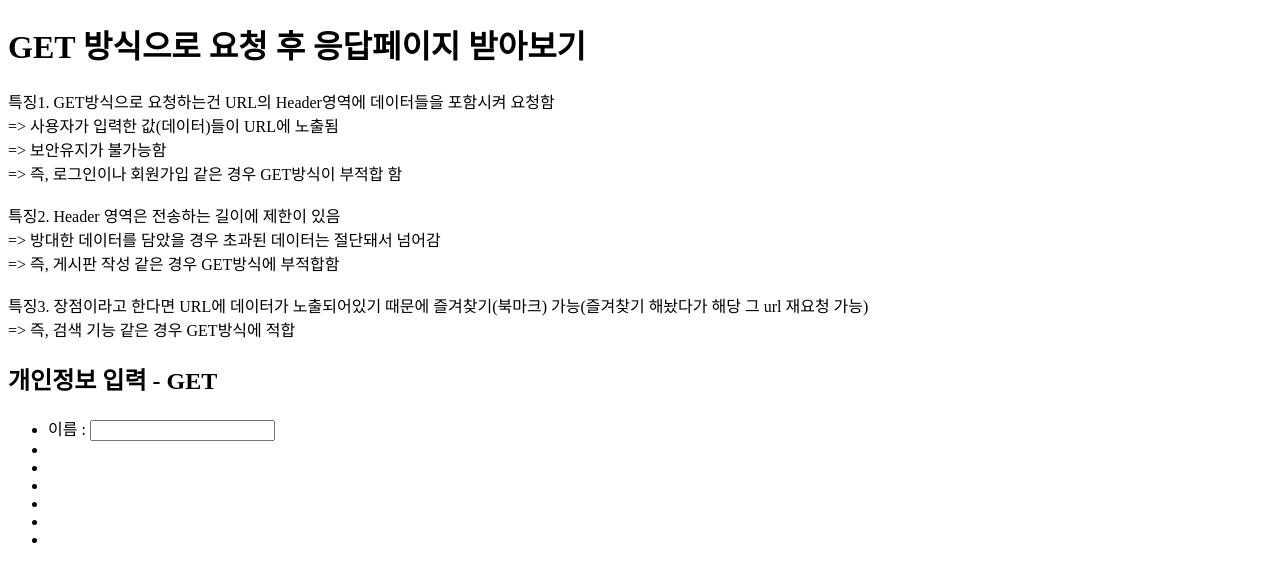
Repository: Young-27/DailyStudy
Page: Server/web-workspace1/1_Servlet/WebContent/views/requestTest_GET.html
The author's editor kept a copy of each file at every save. The page is drawn from the files as they stood at one save, then again after the next save.
The browser window is 1280 px wide. The pictures show the whole page.

Above is the page before, as saved 2021-04-26 10:30:46.

After the next save:
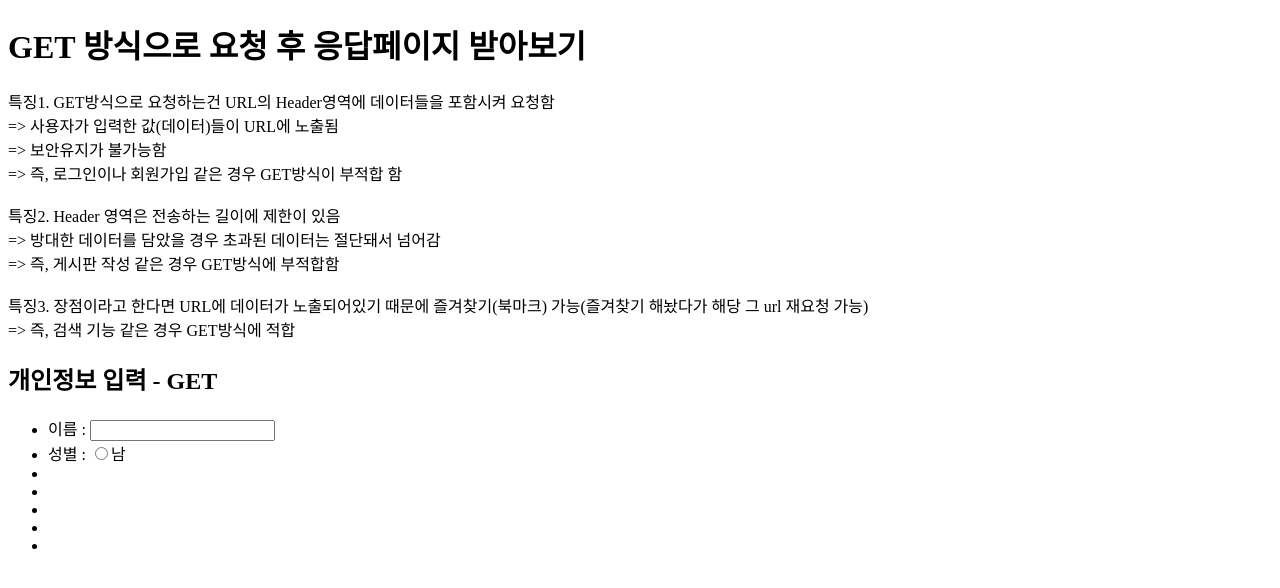
Saved 98 s later.
--- a/Server/web-workspace1/1_Servlet/WebContent/views/requestTest_GET.html
+++ b/Server/web-workspace1/1_Servlet/WebContent/views/requestTest_GET.html
@@ -27,8 +27,13 @@
 	<form action="" method="get">
 
 		<ul>
-			<li>이름 : <input type="text" name="name"></li>
-			<li></li>
+			<li>
+				이름 : <input type="text" name="name">
+			</li>
+			<li>
+				성별 :
+				<input type="radio" name="M" value="gender">남
+			</li>
 			<li></li>
 			<li></li>
 			<li></li>
